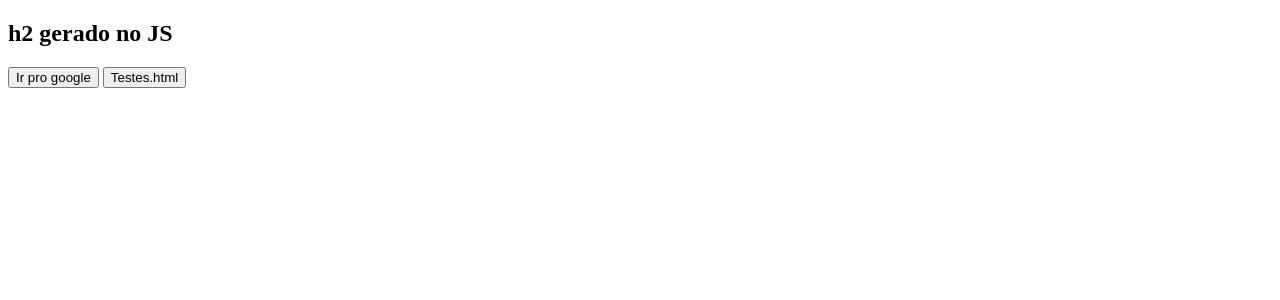
Repository: joaoaspimienta/Testes-e-estudo-de-ReactJS
Page: src/Anotações.html
The author's editor kept a copy of each file at every save. The page is drawn from the files as they stood at one save, then again after the next save.
The browser window is 1280 px wide. The pictures show the whole page.

Above is the page before, as saved 2021-12-27 18:36:09.

### src/Anotações.html
<!DOCTYPE html>
  <head>
    <title>Anotações</title>
    <script type="text/javascript" src="script.js"></script>
  </head>

  <body>
    <button onClick="window.location.href='https://www.google.com';">Ir pro google</button>

    <button onClick="window.location.href='Testes.html';">Testes.html</button>

    <!-- document.write("<h1>lol</h1>") -->
  </body>
</html>

### src/script.js
document.write("<h2>h2 gerado no JS</h2>")

After the next save:
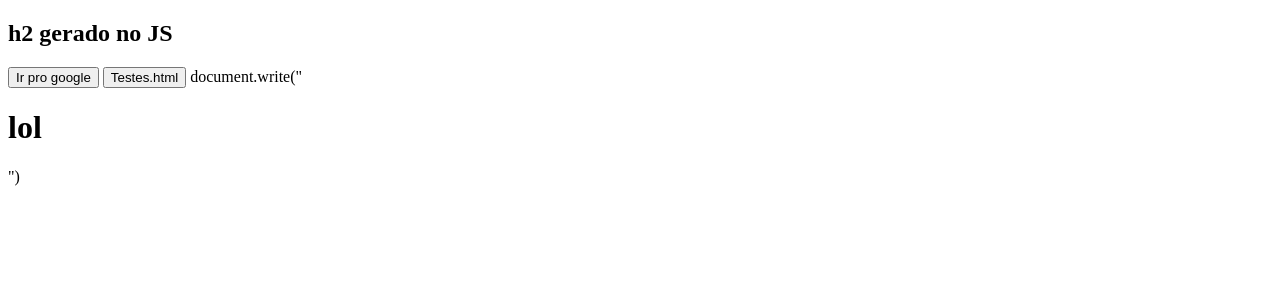
Saved 17 min 19 s later.
--- a/src/Anotações.html
+++ b/src/Anotações.html
@@ -9,6 +9,6 @@
 
     <button onClick="window.location.href='Testes.html';">Testes.html</button>
 
-    <!-- document.write("<h1>lol</h1>") -->
+    document.write("<h1>lol</h1>")
   </body>
 </html>

After the save that followed:
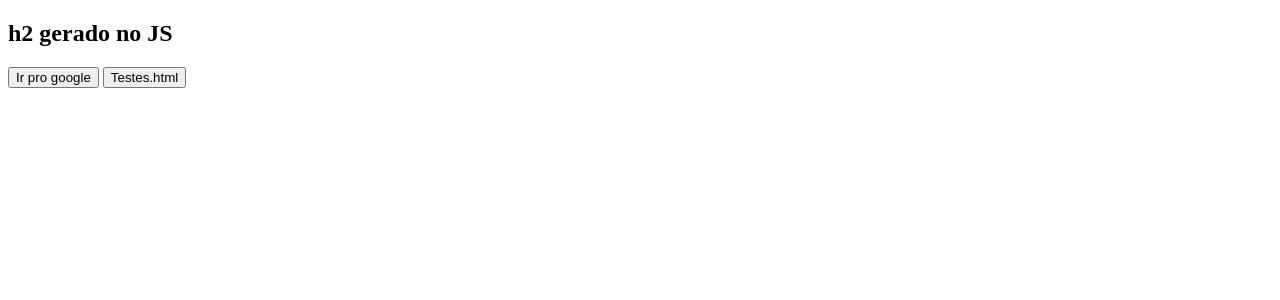
Saved 8 s later.
--- a/src/Anotações.html
+++ b/src/Anotações.html
@@ -9,6 +9,6 @@
 
     <button onClick="window.location.href='Testes.html';">Testes.html</button>
 
-    document.write("<h1>lol</h1>")
+    <!-- document.write("<h1>lol</h1>") -->
   </body>
 </html>
